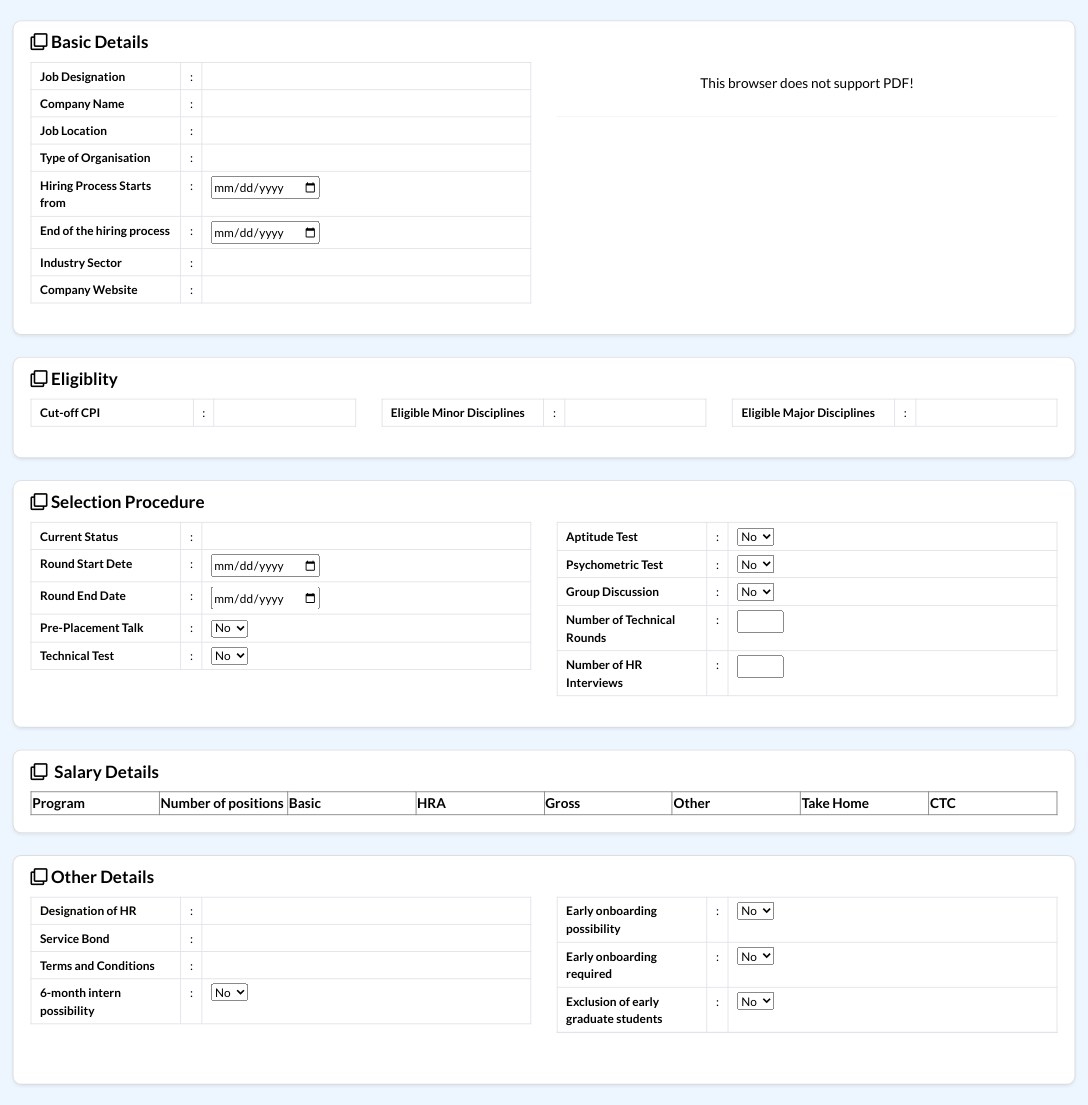
Repository: AditiDey29/Placement_Management_System
Page: templates/dashboard/one_job_details.html
These files come from the project's save history. The page is drawn as it stood at one moment and after a run of saves; the edit follows.
The browser window is 1280 px wide. The pictures show the whole page, at 85% of full size.
Some web libraries are served in a nearby version. The template is drawn by Flask 3. The application's start-up code is not run. Other server files are loaded and not shown. The template is opened directly, without the code that normally fills it, so the values that code supplies are empty.

Above is the page before, as saved 2023-04-15 18:03:52.

### templates/dashboard/one_job_details.html
<!DOCTYPE html>
<html lang="en">

<head>
  <meta charset="UTF-8">
  <meta name="viewport" content="width=device-width, initial-scale=1.0">
  <meta http-equiv="X-UA-Compatible" content="ie=edge">
  <!-- Google Fonts -->
  <link href="https://fonts.googleapis.com/css?family=Lato:300,400,700,900&display=swap" rel="stylesheet">
  <!-- Bootstrap CSS -->
  <link rel='stylesheet' href='https://cdnjs.cloudflare.com/ajax/libs/twitter-bootstrap/4.1.3/css/bootstrap.min.css'>
  <!-- Font Awesome CSS -->
  <link rel='stylesheet' href='https://cdnjs.cloudflare.com/ajax/libs/font-awesome/5.12.1/css/all.min.css'>
  <title>Job Details</title>

  <style>
    body {
      background: #EDF6FF;
      /* fallback for old browsers */
      background: -webkit-linear-gradient(to right, #EDF6FF, #EDF6FF);
      /* Chrome 10-25, Safari 5.1-6 */
      background: linear-gradient(to right, #EDF6FF, #EDF6FF);
      /* W3C, IE 10+/ Edge, Firefox 16+, Chrome 26+, Opera 12+, Safari 7+ */
      padding: 0;
      margin: 0;
      font-family: 'Lato', sans-serif;
      color: #000;

    }

    .student-profile .card {
      border-radius: 10px;
    }

    .student-profile .card .card-header .profile_img {
      width: 150px;
      height: 150px;
      object-fit: cover;
      margin: 10px auto;
      border: 10px solid #ccc;
      border-radius: 50%;
    }

    .student-profile .card h3 {
      font-size: 20px;
      font-weight: 700;
    }

    .student-profile .card p {
      font-size: 16px;
      color: #000;
    }

    .student-profile .table th,
    .student-profile .table td {
      font-size: 14px;
      padding: 5px 10px;
      color: #000;
    }
  </style>
</head>

<body>
  <!-- START HERE -->

  <div class="student-profile py-4">
    <div class="container-fluid">
      <div class="row">

        <div class="col-lg-12">
          <div class="card shadow-sm">
            <div class="card-header bg-transparent border-0">
              <h3 class="mb-0"><i class="far fa-clone pr-1"></i>Basic Details</h3>
            </div>
            <div class="card-body person_details pt-0">
              <div class="row">
                <div class="col-lg-6">
                  <table class="table table-bordered">
                    <tr>
                      <th width="30%">Job Designation</th>
                      <td width="2%">:</td>
                      <td class="text-muted mb-0">{{job[1]}}</td>
                    </tr>
                    <tr>
                      <th width="30%">Company Name</th>
                      <td width="2%">:</td>
                      <td class="text-muted mb-0">{{company[3]}}</td>
                    </tr>
                    <tr>
                      <th width="30%">Job Location</th>
                      <td width="2%">:</td>
                      <td class="text-muted mb-0">{{job[3]}}</td>
                    </tr>
                    <tr>
                      <th width="30%">Type of Organisation</th>
                      <td width="2%">:</td>
                      <td class="text-muted mb-0">{{company[5]}}</td>
                    </tr>
                    <tr>
                      <th width="30%">Hiring Process Starts from</th>
                      <td width="2%">:</td>
                      <td class="text-muted mb-0"><input type="date" id="intern-date" name="intern-date">
                      </td>
                    </tr>
                    <tr>
                      <th width="30%">End of the hiring process</th>
                      <td width="2%">:</td>
                      <td class="text-muted mb-0"><input type="date" id="intern-date" name="intern-date">
                      </td>
                    </tr>
                    <tr>
                      <th width="30%">Industry Sector</th>
                      <td width="2%">:</td>
                      <td class="text-muted mb-0">{{company[6]}}</td>
                    </tr>
                    <tr>
                      <th width="30%">Company Website</th>
                      <td width="2%">:</td>
                      <td class="text-muted mb-0">{{company[4]}}</td>
                    </tr>
                  </table>
                </div>
                <div class="col-lg-6">



                          <!-- <div class="card shadow-sm"> -->
                              <div class="card-header bg-transparent text-center">
                                  <object
                                  data='data:application/pdf;base64, {{jd}}'
                                  type="application/pdf"
                                  width="300"
                                  height="300"
                                >
                                  <p>This browser does not support PDF!</p>
                                  </iframe>
                                </object>
                              </div>
                          <!-- </div> -->
                        </div>
                      </td>

                </div>

            </div>
          </div>

          <div style="height: 26px"></div>
          <div class="card shadow-sm">
            <div class="card-header bg-transparent border-0">
              <h3 class="mb-0"><i class="far fa-clone pr-1"></i>Eligiblity</h3>
            </div>
            <div class="card-body ed_details pt-0">
              <div class="row">
                <div class="col-lg-4">
                  <table class="table table-bordered">
                    <tr>
                      <th width="50%">Cut-off CPI</th>
                      <td width="2%">:</td>
                      <td class="text-muted mb-0">{{job[4]}}</td>
                    </tr>
                  </table>
                </div>
                <div class="col-lg-4">
                  <table class="table table-bordered">
                    <tr>
                      <th width="50%">Eligible Minor Disciplines</th>
                      <td width="2%">:</td>
                      <td class="text-muted mb-0">{{job[15]}}</td>
                    </tr>
                  </table>
                </div>
                <div class="col-lg-4">
                  <table class="table table-bordered">
                    <tr>
                      <th width="50%">Eligible Major Disciplines</th>
                      <td width="2%">:</td>
                      <td class="text-muted mb-0">{{job[17]}}</td>
                    </tr>
                  </table>
                </div>
              </div>
            </div>
          </div>

          <div style="height: 26px"></div>
          <div class="card shadow-sm">
            <div class="card-header bg-transparent border-0">
              <h3 class="mb-0"><i class="far fa-clone pr-1"></i>Selection Procedure</h3>
            </div>
            <div class="card-body person_details pt-0">
              <div class="row">
                <div class="col-lg-6">
                  <table class="table table-bordered">
                    <tr>
                      <th width="30%">Current Status</th>
                      <td width="2%">:</td>
                      <td class="text-muted mb-0">{{job[1]}}</td>
                    </tr>
                    <tr>
                      <th width="30%">Round Start Dete</th>
                      <td width="2%">:</td>
                      <td class="text-muted mb-0"><input type="date" id="intern-date" name="intern-date">
                      </td>
                    </tr>
                    <tr>
                      <th width="30%">Round End Date</th>
                      <td width="2%">:</td>
                      <td class="text-muted mb-0"><input type="date" id="intern-date" name="intern-date">
                      </td>
                    </tr>
                    <tr>
                      <th width="30%">Pre-Placement Talk</th>
                      <td width="2%">:</td>
                      <td class="text-muted mb-0"><select name="internship_possibility">
                        <option value="yes">Yes</option>
                        <option value="no" selected>No</option>
                      </select>
                    </td>
                    </tr>
                    <tr>
                      <th width="30%">Technical Test</th>
                      <td width="2%">:</td>
                      <td class="text-muted mb-0"><select name="internship_possibility">
                        <option value="yes">Yes</option>
                        <option value="no" selected>No</option>
                      </select>
                    </td>
                    </tr>
                  </table>

                </div>
                <div class="col-lg-6">
                  <table class="table table-bordered">
                    <tr>
                      <th width="30%">Aptitude Test</th>
                      <td width="2%">:</td>
                      <td class="text-muted mb-0"><select name="internship_possibility">
                        <option value="yes">Yes</option>
                        <option value="no" selected>No</option>
                      </select>
                    </td>
                    </tr>
                    <tr>
                      <th width="30%">Psychometric Test</th>
                      <td width="2%">:</td>
                      <td class="text-muted mb-0"><select name="internship_possibility">
                        <option value="yes">Yes</option>
                        <option value="no" selected>No</option>
                      </select>
                    </td>
                    </tr>
                    <tr>
                      <th width="30%">Group Discussion</th>
                      <td width="2%">:</td>
                      <td class="text-muted mb-0"><select name="internship_possibility">
                        <option value="yes">Yes</option>
                        <option value="no" selected>No</option>
                      </select>
                    </td>
                    </tr>
                    <tr>
                      <th width="30%">Number of Technical Rounds</th>
                      <td width="2%">:</td>
                      <td class="text-muted mb-0"><input type="number" name="Number" min="0" max="100" step="1" value="Number"></td>
                    </tr>
                    <tr>
                      <th width="30%">Number of HR Interviews</th>
                      <td width="2%">:</td>
                      <td class="text-muted mb-0"><input type="number" name="Number" min="0" max="100" step="1" value="Number"></td>
                    </tr>
                  </table>
                </div>
              </div>
            </div>
          </div>


          <div style="height: 26px"></div>
          <div class="card shadow-sm">
            <div class="card-header bg-transparent border-0">
              <h3 class="mb-0"><i class="far fa-clone pr-1"></i> Salary Details</h3>
            </div>
            <div class="card-body ed_details pt-0">
              <div class="row">
                <div class="col-lg-12">
                  <table border="1" width="100%" style="table-layout: fixed;">
                    <tr>
                      <th>Program</th>
                      <th>Number of positions</th>
                      <th>Basic</th>
                      <th>HRA</th>
                      <th>Gross</th>
                      <th>Other</th>
                      <th>Take Home</th>
                      <th>CTC</th>

                    </tr>
                    {% for detail in details %}
                    <tr>
                      <td>{{detail[8]}}</td>
                      <td>{{detail[1]}}</td>
                      <td>{{detail[2]}}</td>
                      <td>{{detail[3]}}</td>
                      <td>{{detail[4]}}</td>
                      <td>{{detail[5]}}</td>
                      <td>{{detail[6]}}</td>
                      <td>{{detail[7]}}</td>
                    </tr>
                    {% endfor %}
                  </table>
                </div>
              </div>
            </div>
          </div>
        </div>
      </div>

      <div style="height: 26px"></div>
      <div class="card shadow-sm">
        <div class="card-header bg-transparent border-0">
          <h3 class="mb-0"><i class="far fa-clone pr-1"></i>Other Details</h3>
        </div>
        <div class="card-body person_details pt-0">
          <div class="row">
            <div class="col-lg-6">
              <table class="table table-bordered">
                <tr>
                  <th width="30%">Designation of HR</HR>
                  </th>
                  <td width="2%">:</td>
                  <td class="text-muted mb-0">{{job[1]}}</td>
                </tr>
                <tr>
                  <th width="30%">Service Bond</th>
                  <td width="2%">:</td>
                  <td class="text-muted mb-0">{{company[3]}}</td>
                </tr>
                <tr>
                  <th width="30%">Terms and Conditions</th>
                  <td width="2%">:</td>
                  <td class="text-muted mb-0">{{company[5]}}</td>
                </tr>
                <tr>
                  <th width="30%">6-month intern possibility</th>
                  <td width="2%">:</td>
                  <td class="text-muted mb-0"><select name="internship_possibility">
                    <option value="yes">Yes</option>
                    <option value="no" selected>No</option>
                  </select>
                </td>
                </tr>

              </table>
            </div>
            <div class="col-lg-6">
              <table class="table table-bordered">
                <tr>
                  <th width="30%">Early onboarding possibility</th>
                  <td width="2%">:</td>
                  <td class="text-muted mb-0"><select name="internship_possibility">
                    <option value="yes">Yes</option>
                    <option value="no" selected>No</option>
                  </select>
                </td>
                </tr>
                <tr>
                  <th width="30%">Early onboarding required</th>
                  <td width="2%">:</td>
                  <td class="text-muted mb-0"><select name="internship_possibility">
                    <option value="yes">Yes</option>
                    <option value="no" selected>No</option>
                  </select>
                </td>
                </tr>
                <tr>
                  <th width="30%">Exclusion of early graduate students</th>
                  <td width="2%">:</td>
                  <td class="text-muted mb-0"><select name="internship_possibility">
                    <option value="yes">Yes</option>
                    <option value="no" selected>No</option>
                  </select>
                </td>
                </tr>
                <tr>
              </table>

              <br>
              {%if (apply)%}
              <form method="POST">
                  <button class="btn btn-lg" type="submit">Apply</button>
              </form>
              {% endif %}
            </div>
          </div>
        </div>
      </div>


    </div>
  </div>





  <script src="http://code.jquery.com/jquery-3.3.1.min.js"
    integrity="sha256-FgpCb/KJQlLNfOu91ta32o/NMZxltwRo8QtmkMRdAu8=" crossorigin="anonymous"></script>
  <script src="https://cdnjs.cloudflare.com/ajax/libs/popper.js/1.14.3/umd/popper.min.js"
    integrity="sha384-ZMP7rVo3mIykV+2+9J3UJ46jBk0WLaUAdn689aCwoqbBJiSnjAK/l8WvCWPIPm49"
    crossorigin="anonymous"></script>
  <script src="https://stackpath.bootstrapcdn.com/bootstrap/4.1.1/js/bootstrap.min.js"
    integrity="sha384-smHYKdLADwkXOn1EmN1qk/HfnUcbVRZyYmZ4qpPea6sjB/pTJ0euyQp0Mk8ck+5T"
    crossorigin="anonymous"></script>
</body>

</html>

After the next 3 saves:
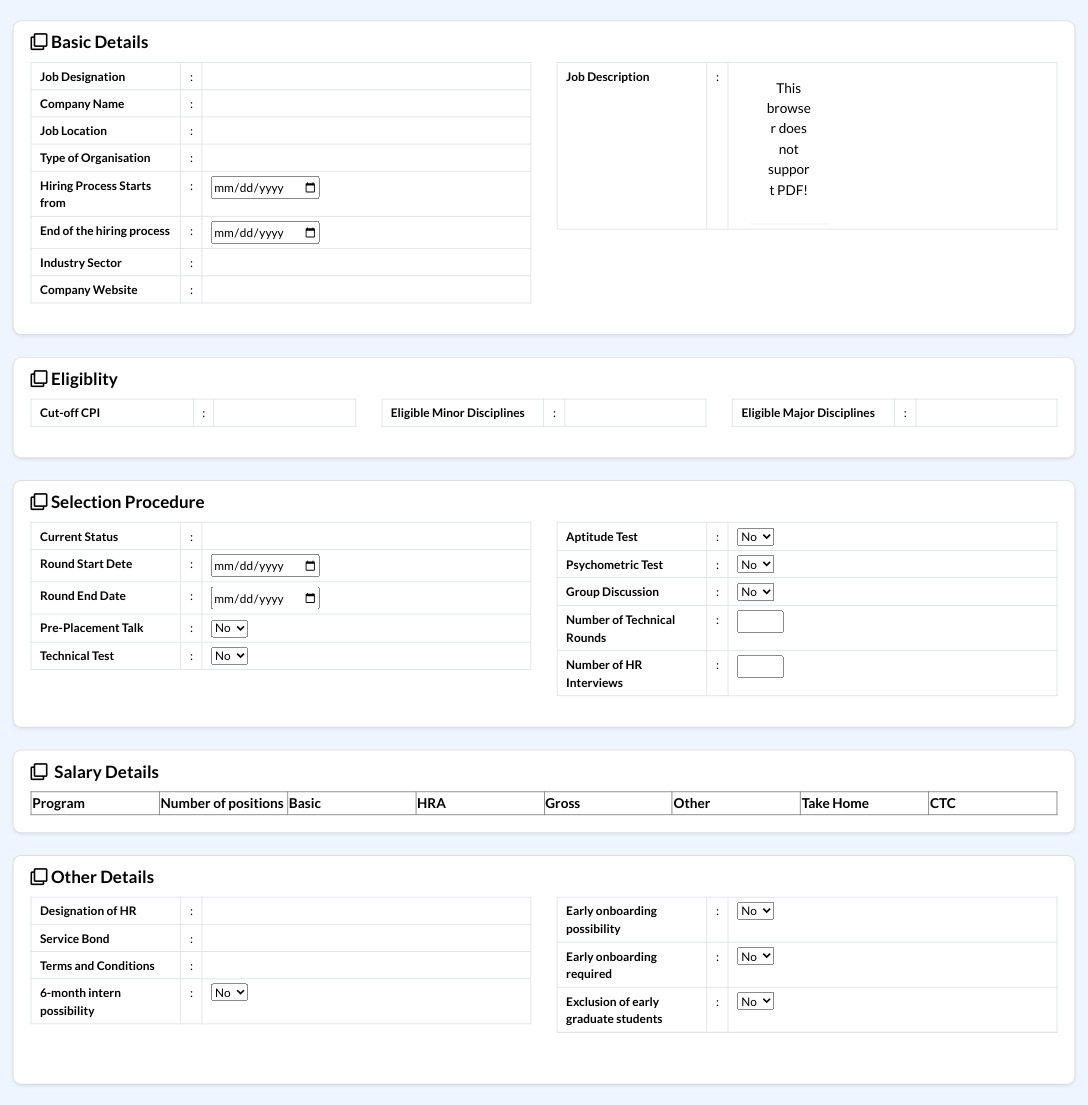
The 3 saves are shown as one change because they came seconds apart.
The last was saved 24 s later.
--- a/templates/dashboard/one_job_details.html
+++ b/templates/dashboard/one_job_details.html
@@ -121,9 +121,13 @@
                   </table>
                 </div>
                 <div class="col-lg-6">
-
-
-
+                  <table class="table table-bordered">
+
+                    <tr>
+                      <th width="30%">Job Description</th>
+                      <td width="2%">:</td>
+                      <td class="text-muted mb-0">
+                        <div class="col-lg-4">
                           <!-- <div class="card shadow-sm"> -->
                               <div class="card-header bg-transparent text-center">
                                   <object
@@ -139,9 +143,11 @@
                           <!-- </div> -->
                         </div>
                       </td>
-
-                </div>
-
+                    </tr>
+
+                  </table>
+                </div>
+              </div>
             </div>
           </div>
 
